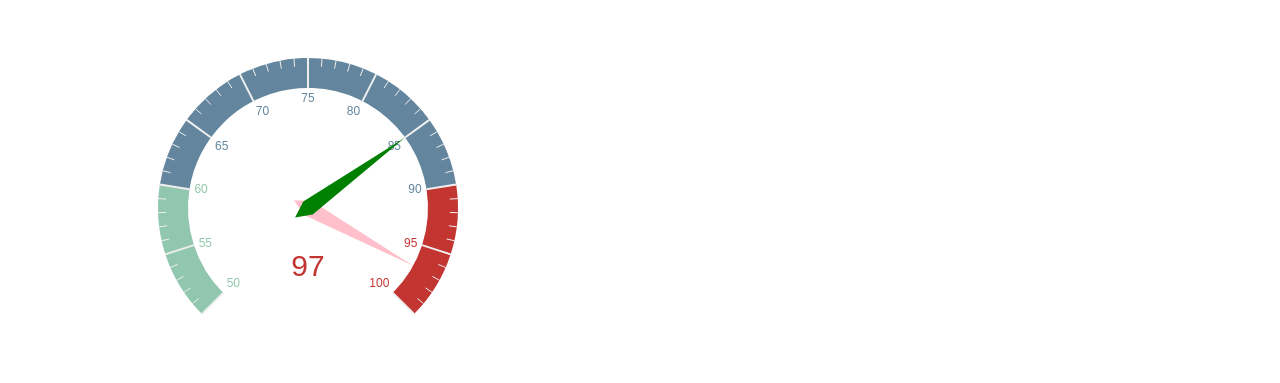
Repository: 572031690/echartssimple
Page: 23.仪表盘的实现 copy.html
An editor plug-in stored every save of this project. The page is shown before and after a run of saves, followed by the edit.
The browser window is 1280 px wide. The pictures show the whole page.

Above is the page before, as saved 2021-08-16 14:09:05.

After the next 2 saves:
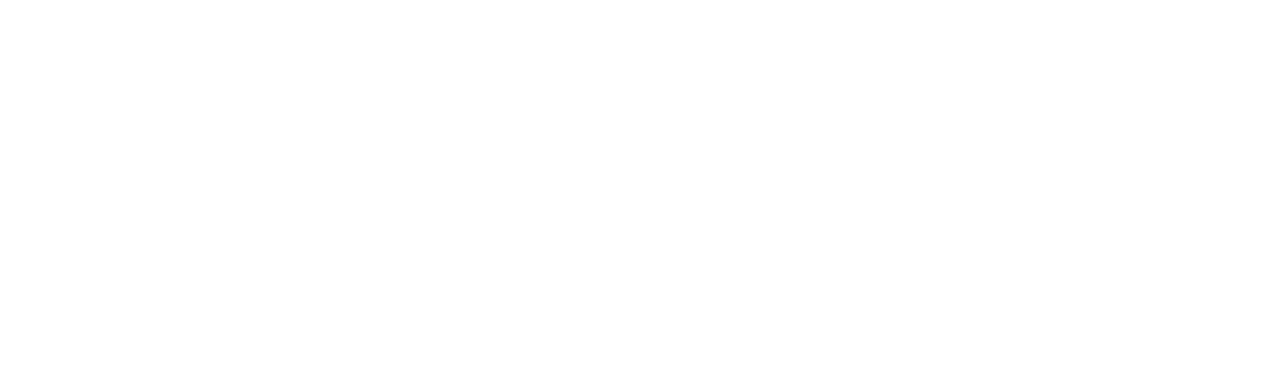
Console error: SyntaxError: Unexpected token ']'
The 2 saves are shown as one change because they came seconds apart.
The last was saved 10 days later.
--- a/23.仪表盘的实现 copy.html
+++ b/23.仪表盘的实现 copy.html
@@ -18,24 +18,40 @@
     //3. 将type的值设置为gauge
     var mCharts = echarts.init(document.querySelector("div"))
     var option = {
+      color: ["rgba(255,255,255,0)", "#5fa4f4", "#b6b5b5"],
       series: [
-        {
-          type: 'gauge',
-          data: [
             {
-              value: 97,
-              itemStyle: { // 指针的样式
-                color: 'pink' // 指针的颜色
-              }
-            }, // 每一个对象就代表一个指针
-            {
-              value: 85,
-              itemStyle: {
-                color: 'green'
-              }
+                name: '完成率',
+                type: 'pie',
+                startAngle: 315,
+                radius: ['70%', '95%'],
+                legendHoverLink: false,
+                hoverAnimation: false,
+                avoidLabelOverlap: false,
+                labelLine: {
+                    normal: {
+                        show: false
+                    }
+                },
+                data: [
+                    {
+                        value: 33,
+                        name: 85 + '%',
+                        label:{
+                            position:'center',
+                            color:"#535353",
+                            fontSize: '300%'
+                        }
+                    },
+                    {
+                        value: 85
+                    },
+                    {
+                        value: 100 - 85
+                    }
+                ]
             }
-          ],
-          min: 50 // min max 控制仪表盘数值范围
+        ]
         }
       ]
     }

After the save that followed:
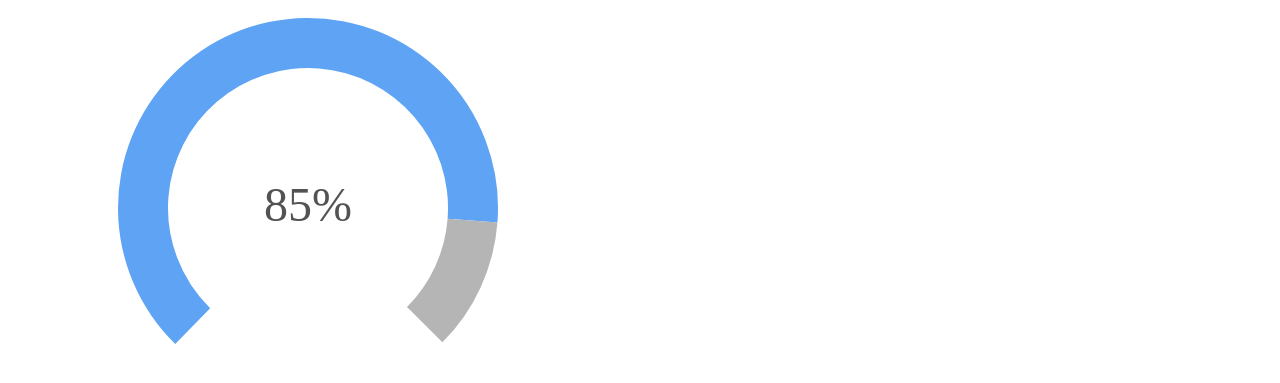
The error is gone.
Saved 32 s later.
--- a/23.仪表盘的实现 copy.html
+++ b/23.仪表盘的实现 copy.html
@@ -52,8 +52,6 @@
                 ]
             }
         ]
-        }
-      ]
     }
     mCharts.setOption(option)
   </script>
